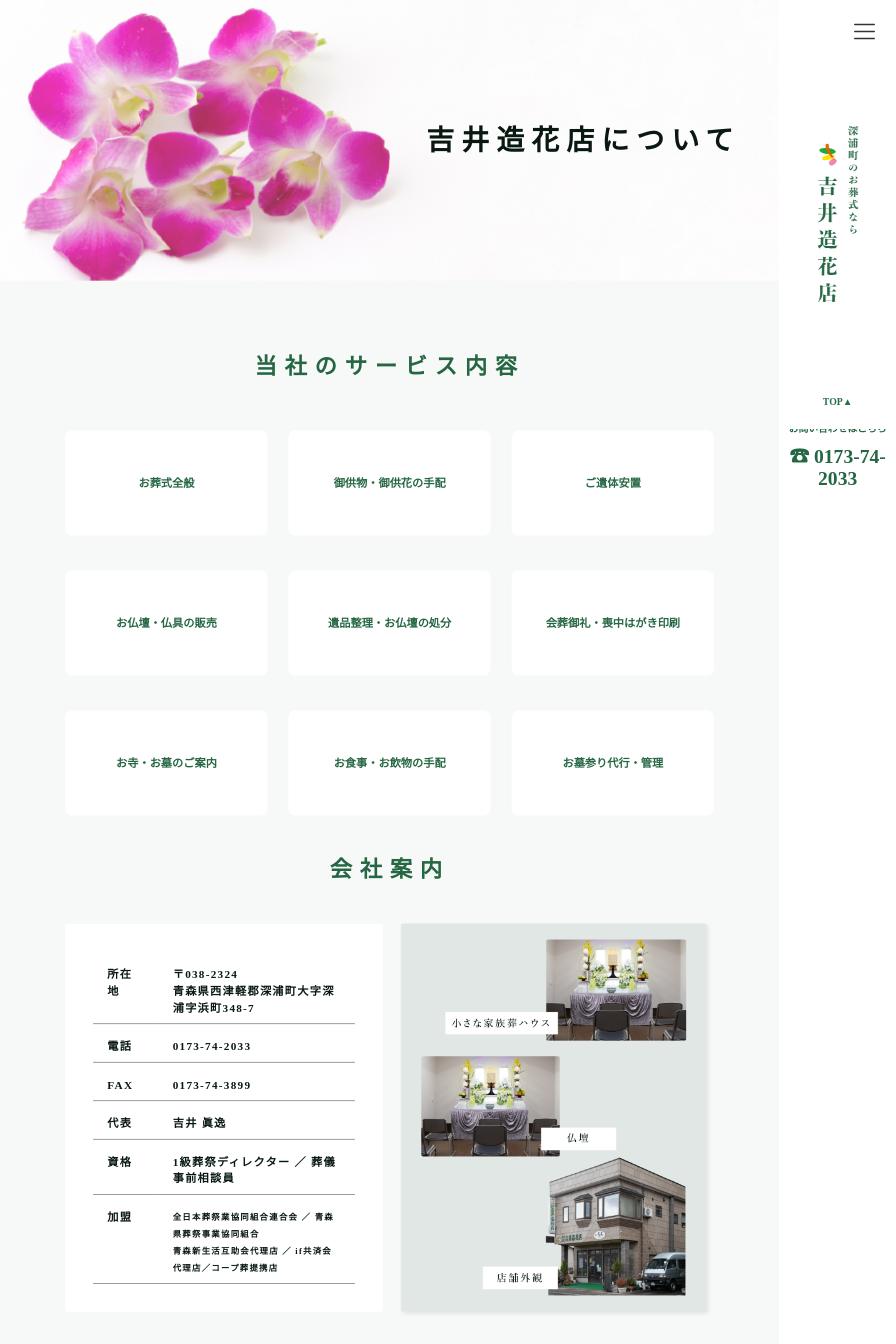
Repository: plus-agc-service-yamauchi/yoshii_scratch_ver3
Page: about.html
These files come from the project's save history. The page is drawn as it stood at one moment and after the next save; the edit follows.
The browser window is 1280 px wide. The pictures show the part of the page from y = 0 to 1920 px (the page is 3732 px tall), at 70% of full size.
Some web libraries are served in a nearby version. The style sheet was rebuilt from its Sass, Less or Tailwind sources for each picture, by a compiler version that may differ from the author's.

Above is the page before, as saved 2021-02-04 15:44:35.
Console error (its wording comes from the project's code and is left out).

### about.html
<!DOCTYPE html>
<html lang="ja">

<head>
    <title>吉井造花店について | 吉井造花店</title>
    <meta name="description" content="1935（昭和8）年創業。深浦町の皆様に支えられて８０有余年。時代の流れに合わせた様々なお葬式に、まごころ込めてご奉仕させていただきます。">
    <meta charset="utf-8" />
    <meta name="viewport" content="width=device-width, initial-scale=1" />
    <meta property="og:title" content="">
    <meta property="og:type" content="">
    <meta property="og:url" content="">
    <meta property="og:image" content="">
    <link rel="manifest" href="site.webmanifest">
    <link rel="apple-touch-icon" href="icon.png">
    <link rel="icon" type="image/x-icon" href="favicon.ico">
    <link rel="stylesheet" href="css/style.min.css" />
    <link rel="stylesheet" href="css/about.min.css">
    <link rel="stylesheet" href="css/common.min.css" />
    <link rel="stylesheet" href="css/destyle.css" />
</head>

<body>
    <header>
        <!-- SP ヘッダーバー -->
        <div id="headbar">
            <h1 class="text-main"><a href="index.html"><span>有限会社</span> 吉井造花店</a></h1>
        </div>
        <!-- ドロワーナビゲーション -->
        <div id="navArea">
            <nav>
                <div class="inner">
                    <ul class="menu_list">
                        <li><a href="index.html">トップページ</a></li>
                        <li class="nav_item">
                            <a href="#" class="js-dropdown">吉井造花店のご案内<span>&#9662;</span></a>
                            <div class="panel js-dropdown-menu">
                                <ul class="panel-inner">
                                    <li class="panel_item">
                                        <a href="about.html">吉井造花店について</a>
                                    </li>
                                    <li class="panel_item">
                                        <a href="about.html#anchor_1">当社のサービス内容</a>
                                    </li>
                                    <li class="panel_item">
                                        <a href="about.html#anchor_2">会社案内</a>
                                    </li>
                                </ul>
                            </div>
                        </li>
                        <li class="nav_item">
                            <a href="#" class="js-dropdown">お葬式プランと安置室のご案内<span>&#9662;</span></a>
                            <div class="panel js-dropdown-menu">
                                <ul class="panel-inner">
                                    <li class="panel_item">
                                        <a href="plan.html">お葬式プランと安置室のご案内</a>
                                    </li>
                                    <li class="panel_item">
                                        <a href="plan.html#anchor_1">一般葬プラン</a>
                                    </li>
                                    <li class="panel_item">
                                        <a href="plan.html#anchor_2">自宅葬プラン</a>
                                    </li>
                                    <li class="panel_item">
                                        <a href="plan.html#anchor_3">安置室プラン</a>
                                    </li>
                                    <li class="panel_item">
                                        <a href="plan.html#anchor_4">安置室について</a>
                                    </li>
                                </ul>
                            </div>
                        </li>
                        <li class="nav_item">
                            <a href="#" class="js-dropdown">御供物・御供花のご注文<span>&#9662;</span></a>
                            <div class="panel js-dropdown-menu">
                                <ul class="panel-inner">
                                    <li class="panel_item">
                                        <a href="order.html">御供物・御供花のご注文</a>
                                    </li>
                                    <li class="panel_item">
                                        <a href="order.html#anchor_1">御供花</a>
                                    </li>
                                    <li class="panel_item">
                                        <a href="order.html#anchor_2">花環</a>
                                    </li>
                                    <li class="panel_item">
                                        <a href="order.html#anchor_3">盛り籠</a>
                                    </li>
                                </ul>
                            </div>
                        </li>
                        <li><a href="faq.html">よくあるご質問</a></li>
                    </ul>
                    <div class="sp-call spVisible tabHidden pcHidden">
                        <p>24時間365日<br>お問い合わせはお電話・FAXで承ります。</p>
                        <p>お問い合わせはこちら</p>
                        <p><a href="tel:0173-74-2033">&phone; 0173-74-2033</a></p>
                    </div>
                </div>
            </nav>
            <!-- ナビゲーショントグル -->
            <div class="toggle_btn">
                <span></span>
                <span></span>
                <span></span>
            </div>
            <div id="mask"></div>
        </div>
    </header>
    <main>
        <div class="wrapper">
            <div class="left">
                <div class="bg-sub pb30">
                    <div class="mustHead">
                        <img src="img/about_musthead.jpg" alt="お葬式プランと安置室のご案内" class="img100" />
                        <div>
                            <h1>吉井造花店について</h1>
                        </div>
                    </div>
                    <!-- メインコンテンツ -->
                    <div class="container">
                        <div class="top">
                            <div class="text-sp-center text-tab-center text-pc-center">
                                <h2 id="anchor_1" class="text-main font48">
                                    当社のサービス内容
                                </h2>
                            </div>
                        </div>
                        <div class="grid-sp-1 grid-tab-2 grid-pc-3 grid-row-gap50 grid-col-gap30 mb30">
                            <div class="card">
                                <span>お葬式全般</span>
                            </div>
                            <div class="card">
                                <span>御供物・御供花の手配</span>
                            </div>
                            <div class="card">
                                <span>ご遺体安置</span>
                            </div>
                            <div class="card">
                                <span>お仏壇・仏具の販売</span>
                            </div>
                            <div class="card">
                                <span>遺品整理・お仏壇の処分</span>
                            </div>
                            <div class="card">
                                <span>会葬御礼・喪中はがき印刷</span>
                            </div>
                            <div class="card">
                                <span>お寺・お墓のご案内</span>
                            </div>
                            <div class="card">
                                <span>お食事・お飲物の手配</span>
                            </div>
                            <div class="card">
                                <span>お墓参り代行・管理</span>
                            </div>
                        </div>
                        <div class="text-sp-center text-tab-center text-pc-center my60">
                            <h2 id="anchor_2" class="text-main font48">会社案内</h2>
                        </div>
                        <div class="grid-sp-1 grid-tab-2 grid-pc-2 grid-col-gap20">
                            <div class="tablebg">
                                <table>
                                    <tr>
                                        <td class="tdl">所在地</td>
                                        <td class="tdr">
                                            〒038-2324<br />青森県西津軽郡深浦町大字深浦字浜町348-7
                                        </td>
                                    </tr>
                                    <tr>
                                        <td class="tdl">電話</td>
                                        <td class="tdr">0173-74-2033</td>
                                    </tr>
                                    <tr>
                                        <td class="tdl">FAX</td>
                                        <td class="tdr">0173-74-3899</td>
                                    </tr>
                                    <tr>
                                        <td class="tdl">代表</td>
                                        <td class="tdr">吉井 眞逸</td>
                                    </tr>
                                    <tr>
                                        <td class="tdl">資格</td>
                                        <td class="tdr">1級葬祭ディレクター ／ 葬儀事前相談員</td>
                                    </tr>
                                    <tr>
                                        <td class="tdl">加盟</td>
                                        <td class="tdr">
                                            <p>全日本葬祭業協同組合連合会 ／ 青森県葬祭事業協同組合</p>
                                            <p>
                                                青森新生活互助会代理店 ／ if共済会代理店／コープ葬提携店
                                            </p>
                                        </td>
                                    </tr>
                                </table>
                            </div>
                            <div>
                                <img src="img/store_tab.png" alt="" class="img100 nm10" />
                            </div>
                        </div>
                        <div class="my60">
                            <div class="grid-sp-1 grid-pc-1 spHidden tabVisible pcVisible">
                                <img src="img/flower_yoshii.jpg" alt="" width="100%">
                            </div>
                            <div class="spVisible tabHidden pcHidden">
                                <img src="img/flower_yoshii_sp.png" alt="" width="100%">
                            </div>
                        </div>
                    </div>
                </div>
                <div class="container pt60 pb60">
                    <a href="pdf/Yoshii__Order_FAX.pdf"><img src="img/call.svg" alt="" class="spHidden tabVisible pcVisible img-pc-100 img-tab-100" /></a>
                    <div class="spVisible tabHidden pcHidden sp_fax">
                        <p class="mb20">24時間365日、お問い合わせはお電話・FAXで承ります。</p>
                        <a href="tel:0173-74-2033"><img src="img/info_call.svg" alt="" class="img100 mb30"></a>
                        <p><a href="pdf/Yoshii__Order_FAX.pdf" class="btn" target="_blank">御供物・御供花の<br>FAX注文用紙はこちらから</a></p>
                    </div>
                </div>
                <div class="info">
                    <div class="container py30">
                        <div class="text-sp-center text-tab-center text-pc-center mb30">
                            <img src="img/logo_h.svg" alt="" class="img70 img-pc-30 img-tab-40" />
                        </div>
                        <div class="grid-1 grid-tab-2 grid-pc-2 grid-col-gap20">
                            <div class="ir text-sp-left text-tab-left text-pc-left">
                                <div class="mb50">
                                    <p class="font-tracking4">〒038−2324</p>
                                    <p class="font-tracking5 mb30">
                                        青森県西津軽郡深浦町大字深浦字浜町348−7
                                    </p>
                                    <p class="font-tracking5 mb20">
                                        お問い合わせはお電話、FAXで承ります。
                                    </p>
                                    <p class="font-tracking5">
                                        24時間対応・年中無休。お気軽にお問い合わせください。
                                    </p>
                                </div>
                                <div class="mb40 text-tab-center text-pc-center">
                                    <a href="tel:0173-74-2033"><img src="img/info_call.svg" alt="" class="img100 img-pc-70 img-tab-80" /></a>
                                </div>
                                <div class="mb30">
                                    <p class="fpoint">ふかちゃんポイント付与（一部を除く。）</p>
                                </div>
                                <div class="grid-sp-2 grid-pc-2 grid-tab-2 grid-row-gap20 grid-col-gap20 mb20">
                                    <a href="https://www.zensoren.or.jp" target="_blank" class="link">全日本葬祭協同組合</a>
                                    <a href="http://www.younet-aomori.jp/contact.html" target="_blank" class="link">青森新生活互助会代理店</a>
                                    <a href="http://www.jfn87.co.jp/" target="_blank" class="link2">ジャパンフラワーネットワーク</a>
                                </div>
                                <div>
                                    <img src="img/airpay_h.png" alt="" class="img100 img-tab-100 img-pc-100">
                                </div>
                            </div>
                            <div>
                                <iframe src="https://www.google.com/maps/d/u/0/embed?mid=1ebatdI8vkuU5Y1tNTiyKdjtavv3ePw3P&z=16" width="100%" height="480"></iframe>
                            </div>
                        </div>
                    </div>
                </div>
            </div>
            <!-- サイドバー -->
            <div class="right">
                <div class="logoWrapper">
                    <a href="index.html"><img src="img/logo.svg" alt=""></a>
                </div>
                <p id="pageTop"><a href="#">TOP▲</a></p>
                <div class="sideFooter">
                    <span>お問い合わせはこちら</span>
                    <p>
                        <a href="tel:0173-74-2033">&phone; 0173-74-2033</a>
                    </p>
                </div>
            </div>
        </div>
    </main>
    <!-- フッター -->
    <footer>
        <div class="spVisible tabHidden pcHidden">
            <div class="accbox">
                <a class="cssacc" href="index.html"><span>トップページ</span></a>
                <input type="checkbox" id="label2" class="cssacc" />
                <label for="label2">吉井造花店のご案内</label>
                <div class="accshow">
                    <a class="show" href="about.html#anchor_1">当社のサービス内容</a>
                    <a class="show" href="about.html#anchor_2">会社案内</a>
                </div>
                <input type="checkbox" id="label3" class="cssacc" />
                <label for="label3">お葬式プランと安置室のご案内</label>
                <div class="accshow">
                    <a class="show" href="plan.html#anchor_1">一般葬プラン</a>
                    <a class="show" href="plan.html#anchor_2">家族葬プラン</a>
                    <a class="show" href="plan.html#anchor_3">安置室プラン</a>
                    <a class="show" href="plan.html_anchor_4">安置室について</a>
                </div>
                <input type="checkbox" id="label4" class="cssacc" />
                <label for="label4">御供物・御供花のご注文</label>
                <div class="accshow">
                    <a class="show" href="order.html">御供物・御供花のご注文</a>
                    <a class="show" href="order.html#anchor_1">御供花</a>
                    <a class="show" href="order.html#anchor_2">花環</a>
                    <a class="show" href="order.html#anchor_3">盛り籠</a>
                </div>
                <a class="cssacc" href="faq.html"><span>よくあるご質問</span></a>
            </div>
        </div>
        <div class="spHidden tabVisible pcVisible">
            <div class="footerWrapper grid-1 grid-tab-5 grid-pc-5 grid-col-gap20">
                <ul>
                    <li class="footerHeading"><a href="index.html">トップページ</a></li>
                </ul>
                <ul>
                    <li class="footerHeading">
                        <a href="about.html">吉井造花店のご案内</a></span>
                    </li>
                    <li class="footerItemStart"><a href="about.html#anchor_1">当社のサービス内容</a></li>
                    <li class="footerItem"><a href="about.html#anchor_2">会社案内</a></li>
                </ul>
                <ul>
                    <li class="footerHeading">
                        <a href="plan.html">お葬式プランと安置室のご案内</a></span>
                    </li>
                    <li class="footerItemStart"><a href="plan.html#anchor_1">一般葬プラン</a></li>
                    <li class="footerItem"><a href="plan.html#anchor_2">自宅葬プラン</a></li>
                    <li class="footerItem"><a href="plan.html#anchor_3">安置室プラン</a></li>
                    <li class="footerItem"><a href="plan.html_anchor_4">安置室について</a></li>
                </ul>
                <ul>
                    <li class="footerHeading"><a href="order.html">御供物のご注文</a></li>
                    <li class="footerItemStart"><a href="order.html#anchor_1">御供花</a></li>
                    <li class="footerItem"><a href="order.html#anchor_2">花環</a></li>
                    <li class="footerItem"><a href="order.html#anchor_3">盛り籠</a></li>
                </ul>
                <ul>
                    <li class="footerHeading"> <a href="faq.html">よくあるご質問</a></li>
                </ul>
            </div>
        </div>
    </footer>
    <div class="copy text-center">©️2020 有限会社 吉井造花店</div>
    <script src="http://ajax.googleapis.com/ajax/libs/jquery/2.1.4/jquery.min.js"></script>
    <script src="js/menu.min.js"></script>
    <script src="js/scroll.min.js"></script>
    <script src="js/returnTop.min.js"></script>
    <!-- Google Analytics: change UA-XXXXX-Y to be your site's ID. -->
    <script>
    window.ga = function() { ga.q.push(arguments) };
    ga.q = [];
    ga.l = +new Date;
    ga('create', 'UA-XXXXX-Y', 'auto');
    ga('set', 'anonymizeIp', true);
    ga('set', 'transport', 'beacon');
    ga('send', 'pageview')
    </script>
    <script src="https://www.google-analytics.com/analytics.js" async></script>
</body>

</html>

### css/destyle.css
/*! destyle.css v2.0.2 | MIT License | https://github.com/nicolas-cusan/destyle.css */
*,
::after,
::before {
    box-sizing: border-box;
    border-style: solid;
    border-width: 0
}

html {
    line-height: 1.15;
    -webkit-text-size-adjust: 100%;
    -webkit-tap-highlight-color: transparent
}

body {
    margin: 0
}

main {
    display: block
}

address,
blockquote,
dl,
figure,
form,
iframe,
p,
pre,
table {
    margin: 0
}

h1,
h2,
h3,
h4,
h5,
h6 {
    font-size: inherit;
    line-height: inherit;
    font-weight: inherit;
    margin: 0
}

ol,
ul {
    margin: 0;
    padding: 0;
    list-style: none
}

dt {
    font-weight: 700
}

dd {
    margin-left: 0
}

address {
    font-style: inherit
}

a {
    background-color: transparent;
    text-decoration: none;
    color: inherit
}

abbr[title] {
    text-decoration: underline;
    text-decoration: underline dotted
}

b,
strong {
    font-weight: bolder
}

code,
kbd,
samp {
    font-family: monospace, monospace;
    font-size: inherit
}

small {
    font-size: 80%
}

sub,
sup {
    font-size: 75%;
    line-height: 0;
    position: relative;
    vertical-align: baseline
}

sub {
    bottom: -.25em
}

sup {
    top: -.5em
}

embed,
iframe,
img,
object {
    vertical-align: bottom
}

button,
input,
optgroup,
select,
textarea {
    -webkit-appearance: none;
    appearance: none;
    vertical-align: middle;
    color: inherit;
    font: inherit;
    background: 0 0;
    padding: 0;
    margin: 0;
    outline: 0;
    border-radius: 0;
    text-align: inherit
}

[type=checkbox] {
    -webkit-appearance: checkbox;
    appearance: checkbox
}

[type=radio] {
    -webkit-appearance: radio;
    appearance: radio
}

button,
input {
    overflow: visible
}

button,
select {
    text-transform: none
}

[type=button],
[type=reset],
[type=submit],
button {
    cursor: pointer;
    -webkit-appearance: none;
    appearance: none
}

[type=button][disabled],
[type=reset][disabled],
[type=submit][disabled],
button[disabled] {
    cursor: default
}

[type=button]::-moz-focus-inner,
[type=reset]::-moz-focus-inner,
[type=submit]::-moz-focus-inner,
button::-moz-focus-inner {
    border-style: none;
    padding: 0
}

[type=button]:-moz-focusring,
[type=reset]:-moz-focusring,
[type=submit]:-moz-focusring,
button:-moz-focusring {
    outline: 1px dotted ButtonText
}

select::-ms-expand {
    display: none
}

option {
    padding: 0
}

fieldset {
    margin: 0;
    padding: 0;
    min-width: 0
}

legend {
    color: inherit;
    display: table;
    max-width: 100%;
    padding: 0;
    white-space: normal
}

progress {
    vertical-align: baseline
}

textarea {
    overflow: auto
}

[type=number]::-webkit-inner-spin-button,
[type=number]::-webkit-outer-spin-button {
    height: auto
}

[type=search] {
    outline-offset: -2px
}

[type=search]::-webkit-search-decoration {
    -webkit-appearance: none
}

::-webkit-file-upload-button {
    -webkit-appearance: button;
    font: inherit
}

label[for] {
    cursor: pointer
}

details {
    display: block
}

summary {
    display: list-item
}

[contenteditable] {
    outline: 0
}

table {
    border-collapse: collapse;
    border-spacing: 0
}

caption {
    text-align: left
}

td,
th {
    vertical-align: top;
    padding: 0
}

th {
    text-align: left;
    font-weight: 700
}

template {
    display: none
}

[hidden] {
    display: none
}

### scss/option.scss
.animate__animated.animate__fadeInLeft {
  --animate-duration: 2s;
}
.animate__animated.animate__fadeInRight {
  --animate-duration: 2s;
}

Loaded but not shown: js/menu.min.js (1 lines, source omitted); js/returnTop.min.js (1 lines, source omitted); js/scroll.min.js (1 lines, source omitted); scss/style.scss (1970 lines, source omitted); scss/common.scss (1581 lines, source omitted); scss/about.scss (261 lines, source omitted)

After the next save:
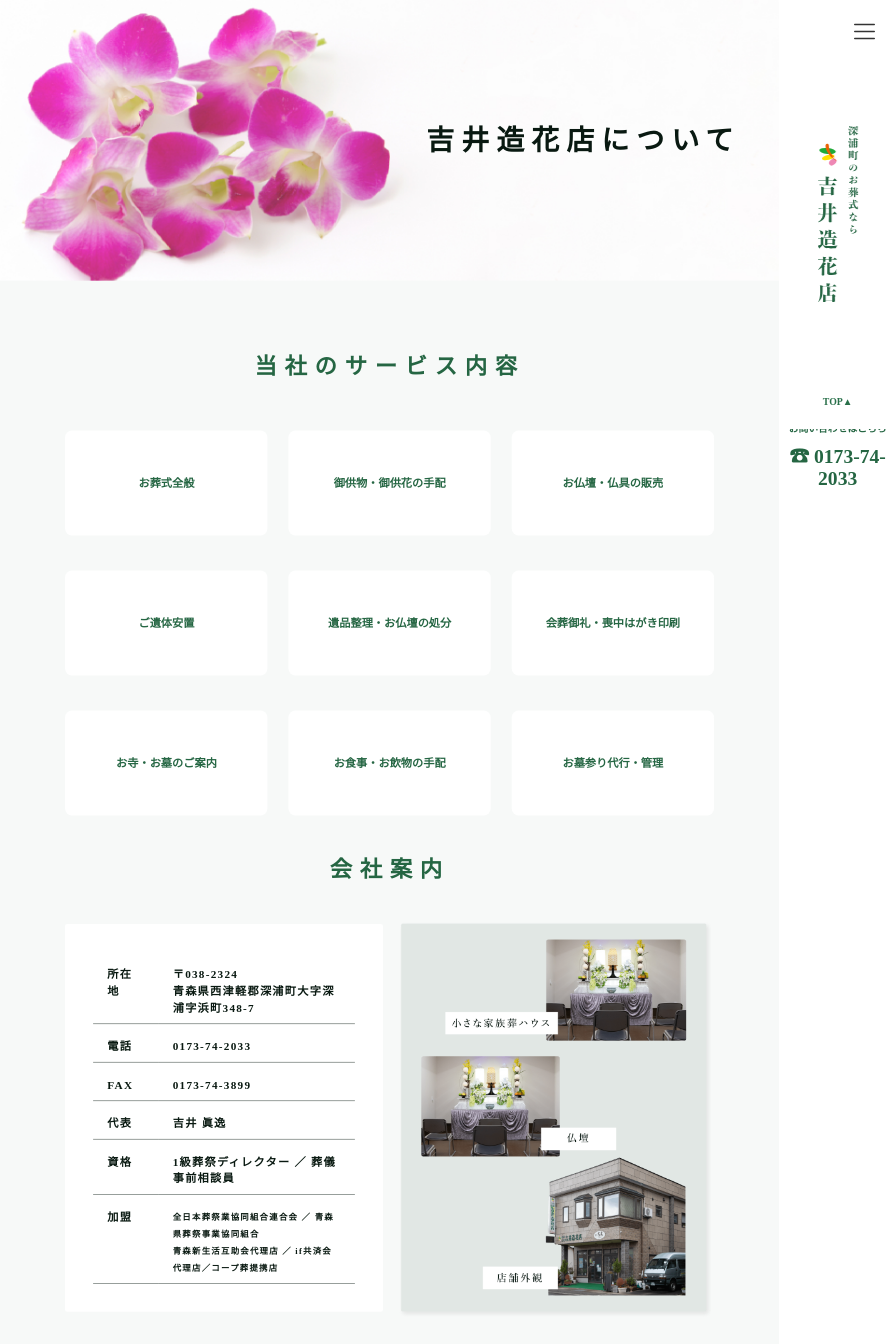
Saved 73 s later.
--- a/about.html
+++ b/about.html
@@ -133,10 +133,10 @@
                                 <span>御供物・御供花の手配</span>
                             </div>
                             <div class="card">
+                                <span>お仏壇・仏具の販売</span>
+                            </div>
+                            <div class="card">
                                 <span>ご遺体安置</span>
-                            </div>
-                            <div class="card">
-                                <span>お仏壇・仏具の販売</span>
                             </div>
                             <div class="card">
                                 <span>遺品整理・お仏壇の処分</span>
